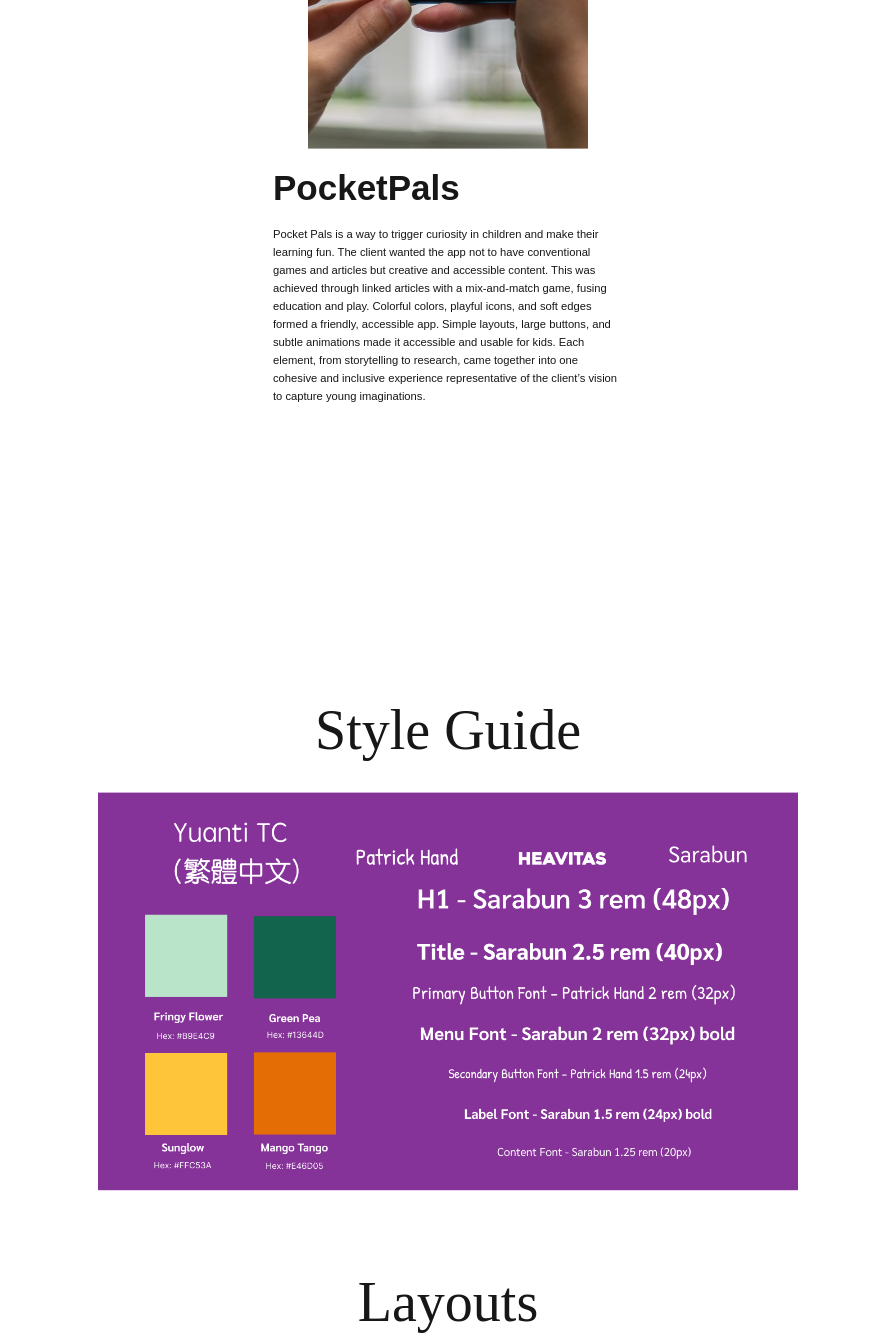
Repository: GavinPahal/portfolios
Page: /pocket-pals
These files come from the project's save history. The page is drawn as it stood at one moment and after the next save; the edit follows.
The browser window is 1280 px wide. The pictures show the part of the page from y = 1526 to 3446 px (the page is 4814 px tall before and 4563 px after), at 70% of full size.
The project was rebuilt for these pictures with package versions that can differ from the ones it lists, and the page was loaded fresh each time. The framework's server and built-in components were replaced by stand-ins that run in the browser. Also part of the build but not shown: next.config.mjs, components/BackToTop/BackToTop.module.css.

Above is the page before, as saved 2025-02-21 18:27:02.

After the next save:
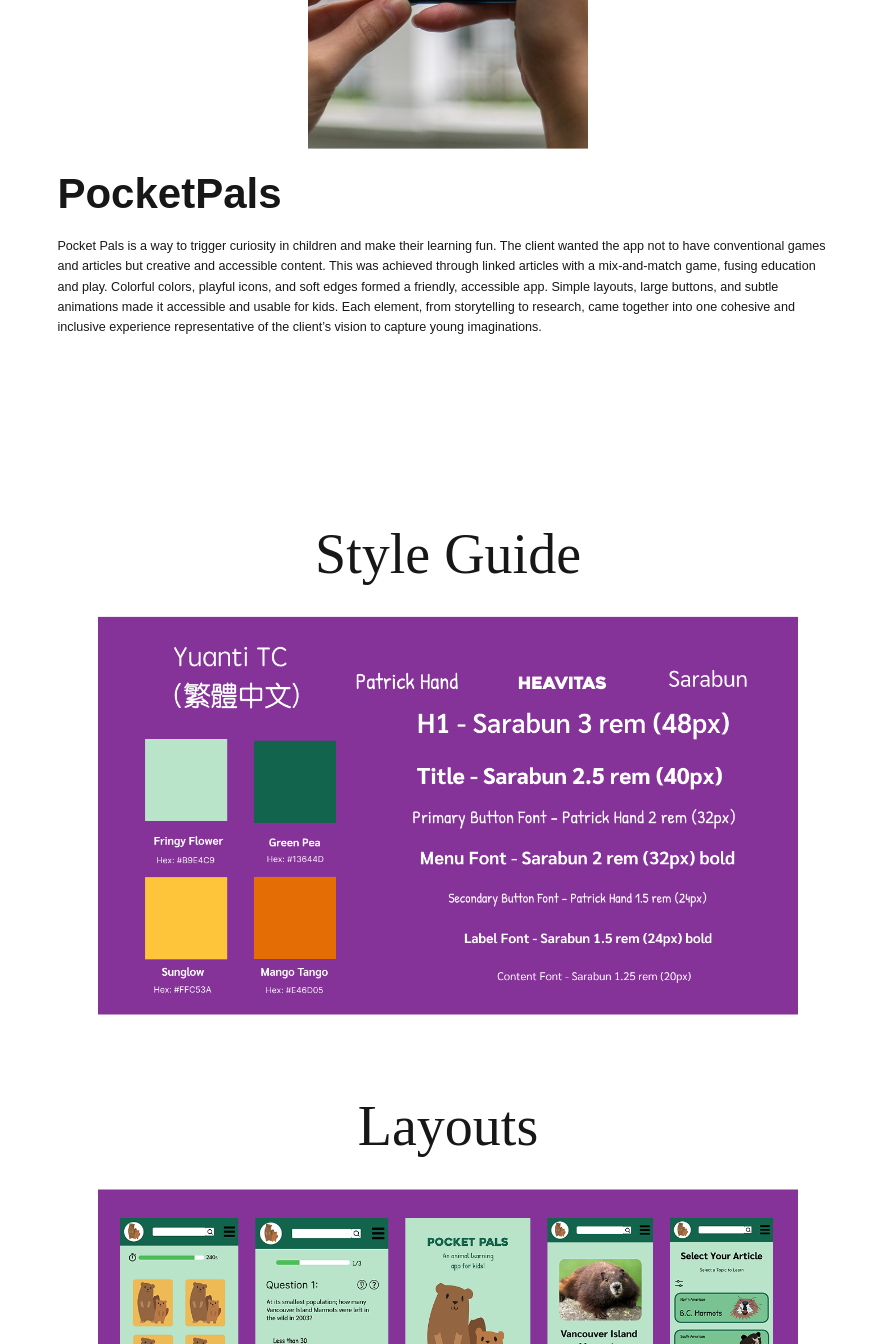
Saved 117 s later.
--- a/components/PocketMockups/PocketMockups.module.css
+++ b/components/PocketMockups/PocketMockups.module.css
@@ -1,56 +1,61 @@
 .mockups {
   display: flex;
   align-items: center;
-  justify-content: space-between; /* Adjust space between content */
+  justify-content: space-between; /* Added space between elements */
   padding: 50px 20px;
-  flex-wrap: wrap; /* Allow content to wrap if needed */
+  flex-wrap: wrap; /* Allow content to wrap on smaller screens */
 }
 
 .imageContainer {
-  flex: 1 1 400px; /* Allow image to resize */
-  margin-right: 30px;
+  margin-right: 30px; /* Reduced margin for better spacing */
+  width: 400px;
 }
 
 .imageContainer img {
-  width: 100%; /* Ensure image is responsive */
-  max-width: 400px; /* Limit the maximum width */
+  width: 100%; /* Ensures the image is responsive */
+  max-width: 400px; /* Ensures image doesn't grow too large */
 }
 
 .textContainer {
-  flex: 1 1 500px; /* Allow text to resize */
-  max-width: 500px; /* Limit the maximum width */
   margin-bottom: 150px;
+  margin-right: 250px;
+  max-width: 500px;
 }
 
 .textContainer h2 {
-  font-family: "Philosopher", sans-serif; /* Fallback font */
+  font-family: "Philosopher", sans-serif; /* Added a fallback font */
   font-weight: bold;
-  font-size: 60px; /* Adjusted font size for better readability */
+  font-size: 70px;
   margin-bottom: 15px;
 }
 
 .textContainer p {
   font-family: "Philosopher", sans-serif;
-  font-size: 18px; /* Adjusted font size for readability */
+  font-size: 20px;
   line-height: 1.6;
 }
 
 @media (max-width: 1440px) {
   .mockups {
-    flex-direction: column; /* Stack image and text on smaller screens */
-    align-items: center; /* Center content */
+    flex-direction: column; /* Stack items vertically on smaller screens */
+    align-items: center; /* Center-align the content */
   }
 
   .imageContainer {
     margin-right: 0;
-    margin-bottom: 20px; /* Add space between image and text */
+    margin-bottom: 20px; /* Space between image and text */
+  }
+
+  .textContainer {
+    margin-right: 0;
+    max-width: 90%; /* Allow the text container to resize */
   }
 
   .textContainer h2 {
-    font-size: 50px; /* Smaller font size for smaller screens */
+    font-size: 60px; /* Adjust font size for better readability */
   }
 
   .textContainer p {
-    font-size: 16px; /* Slightly smaller text for readability */
+    font-size: 18px; /* Adjust font size for smaller screens */
   }
 }
